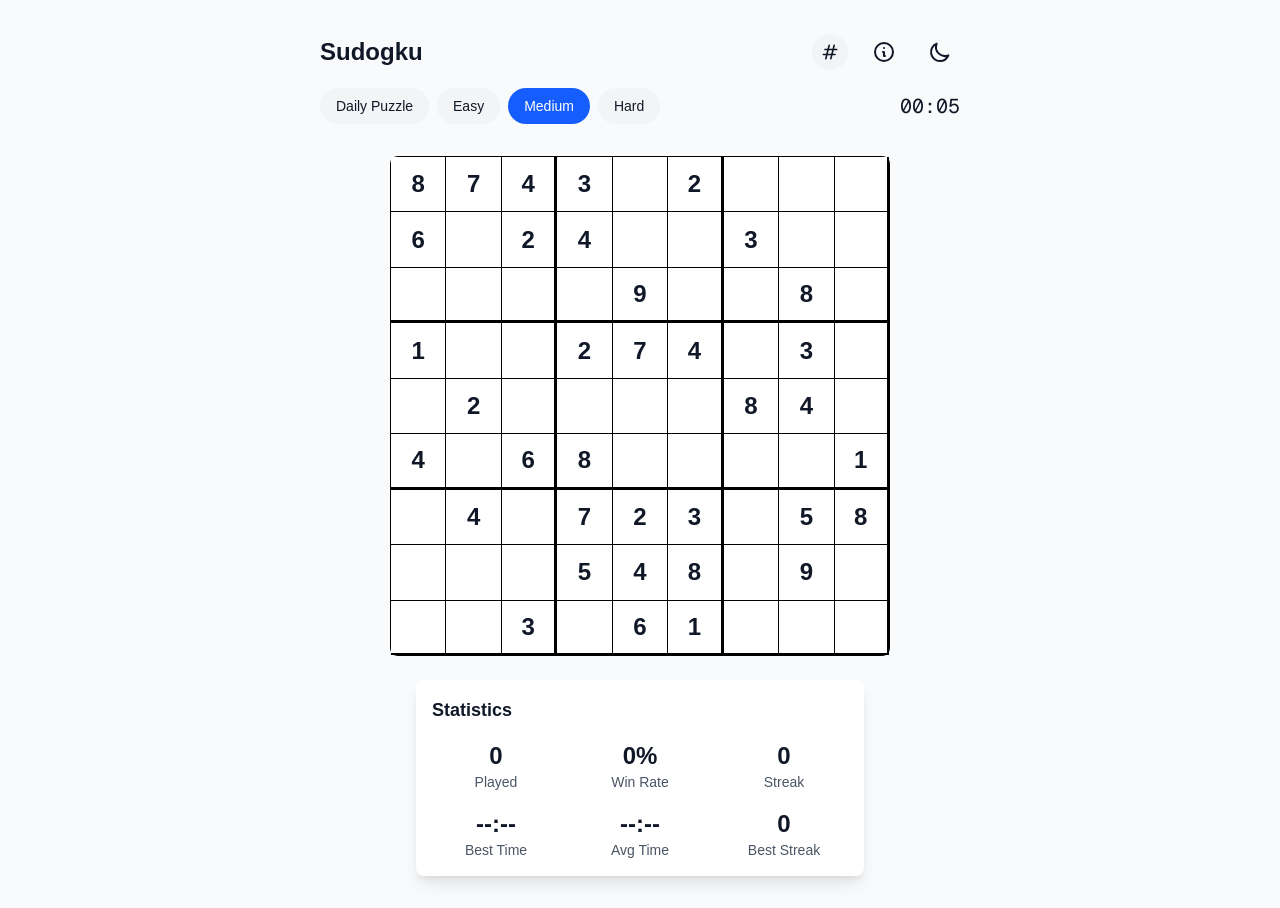
Repository: JavierSilvaF/sudogku
Page: / (app in sudogku-app/)
The author's editor kept a copy of each file at every save. The page is drawn from the files as they stood at one save, then again after the next save.
The browser window is 1280 px wide. The pictures show the whole page.
The project was rebuilt for these pictures with package versions that can differ from the ones it lists, and the page was loaded fresh each time. The framework's server and built-in components were replaced by stand-ins that run in the browser. Also part of the build but not shown: sudogku-app/next.config.mjs, sudogku-app/next.config.ts, sudogku-app/src/utils/dogImages.tsx.

Above is the page before, as saved 2025-04-06 03:14:10.

### sudogku-app/src/app/page.tsx
'use client'

import { ThemeProvider } from 'next-themes'
import { GameProvider } from '@/context/GameContext'
import Header from '@/components/Header'
import GameBoard from '@/components/GameBoard'
import NumberPad from '@/components/NumberPad'
import Victory from '@/components/Victory'
import Stats from '@/components/Stats'

export default function Home() {
  return (
    <ThemeProvider attribute='class'>
      <GameProvider>
        <div className='min-h-screen bg-gray-50 dark:bg-gray-900 text-gray-900 dark:text-gray-50'>
          <div className='max-w-2xl mx-auto px-4 py-8 pb-32 sm:pb-8'>
            <Header />
            <main className='flex flex-col items-center gap-6'>
              <GameBoard />
              <Stats />
            </main>
          </div>
          <NumberPad />
          <Victory />
        </div>
      </GameProvider>
    </ThemeProvider>
  )
}

### sudogku-app/src/components/GameBoard.tsx
import { useGame } from '@/context/GameContext'
import { motion } from 'framer-motion'
import { useState, useEffect } from 'react'
import { DogImage } from '@/utils/dogImages'

export default function GameBoard() {
  const {
    board,
    initialBoard,
    pencilMarks,
    setCellValue,
    togglePencilMark,
    selectedCell,
    setSelectedCell,
    solution,
    displayMode,
  } = useGame()
  const [isPencilMode, setIsPencilMode] = useState(false)
  const [errors, setErrors] = useState<Set<string>>(new Set())

  // Get related cells (same row, column, box, or same number)
  const getRelatedCells = (row: number, col: number): [number, number][] => {
    const related: [number, number][] = []
    const selectedValue = board[row][col]

    // Same row
    for (let c = 0; c < 9; c++) {
      if (c !== col) related.push([row, c])
    }

    // Same column
    for (let r = 0; r < 9; r++) {
      if (r !== row) related.push([r, col])
    }

    // Same 3x3 box
    const boxRow = Math.floor(row / 3) * 3
    const boxCol = Math.floor(col / 3) * 3
    for (let r = boxRow; r < boxRow + 3; r++) {
      for (let c = boxCol; c < boxCol + 3; c++) {
        if (r !== row || c !== col) related.push([r, c])
      }
    }

    // Same number
    if (selectedValue) {
      for (let r = 0; r < 9; r++) {
        for (let c = 0; c < 9; c++) {
          if ((r !== row || c !== col) && board[r][c] === selectedValue) {
            related.push([r, c])
          }
        }
      }
    }

    return related
  }

  // Check for errors in the current cell
  const checkCellError = (row: number, col: number): boolean => {
    if (!board[row][col]) return false
    return board[row][col] !== solution[row][col]
  }

  // Update errors when board changes
  useEffect(() => {
    const newErrors = new Set<string>()
    for (let row = 0; row < 9; row++) {
      for (let col = 0; col < 9; col++) {
        if (checkCellError(row, col)) {
          newErrors.add(`${row}-${col}`)
        }
      }
    }
    setErrors(newErrors)
  }, [board, solution])

  // Keyboard controls
  useEffect(() => {
    const handleKeyDown = (e: KeyboardEvent) => {
      if (!selectedCell) return

      const [row, col] = selectedCell

      if (e.key === 'p') {
        setIsPencilMode((prev) => !prev)
        return
      }

      if (e.key >= '1' && e.key <= '9') {
        const num = parseInt(e.key)
        if (isPencilMode) {
          togglePencilMark(row, col, num)
        } else {
          setCellValue(row, col, num)
        }
      }

      if (e.key === 'Delete' || e.key === 'Backspace') {
        setCellValue(row, col, null)
      }

      if (e.key.startsWith('Arrow')) {
        e.preventDefault()
        const newPosition = {
          ArrowUp: [Math.max(0, row - 1), col],
          ArrowDown: [Math.min(8, row + 1), col],
          ArrowLeft: [row, Math.max(0, col - 1)],
          ArrowRight: [row, Math.min(8, col + 1)],
        }[e.key] as [number, number]
        setSelectedCell(newPosition)
      }
    }

    window.addEventListener('keydown', handleKeyDown)
    return () => window.removeEventListener('keydown', handleKeyDown)
  }, [selectedCell, isPencilMode])

  const relatedCells = selectedCell ? getRelatedCells(...selectedCell) : []
  const relatedCellsSet = new Set(relatedCells.map(([r, c]) => `${r}-${c}`))

  const handleCellClick = (row: number, col: number) => {
    setSelectedCell([row, col])
  }

  return (
    <div className='w-full max-w-[500px] mx-auto'>
      <div className='grid grid-cols-9 gap-[1px] bg-black dark:bg-black p-[1px] rounded-lg'>
        {board.map((row, rowIndex) =>
          row.map((cell, colIndex) => {
            const isSelected =
              selectedCell?.[0] === rowIndex && selectedCell?.[1] === colIndex
            const isRelated =
              selectedCell &&
              (selectedCell[0] === rowIndex ||
                selectedCell[1] === colIndex ||
                (Math.floor(selectedCell[0] / 3) === Math.floor(rowIndex / 3) &&
                  Math.floor(selectedCell[1] / 3) === Math.floor(colIndex / 3)))
            const cellPencilMarks = pencilMarks.get(`${rowIndex}-${colIndex}`)
            const hasPencilMarks = cellPencilMarks && cellPencilMarks.size > 0
            const hasError = errors.has(`${rowIndex}-${colIndex}`)

            return (
              <motion.button
                key={`${rowIndex}-${colIndex}`}
                className={`
                  aspect-square w-full flex items-center justify-center text-2xl font-bold
                  ${
                    isSelected
                      ? 'bg-gray-300 dark:bg-gray-500 border-2 border-blue-500'
                      : ''
                  }
                  ${
                    isRelated && !isSelected
                      ? 'bg-blue-100 dark:bg-blue-900'
                      : ''
                  }
                  ${
                    !isSelected && !isRelated ? 'bg-white dark:bg-gray-800' : ''
                  }
                  ${
                    colIndex % 3 === 2
                      ? 'border-r-2 border-black dark:border-white'
                      : ''
                  }
                  ${
                    rowIndex % 3 === 2
                      ? 'border-b-2 border-black dark:border-white'
                      : ''
                  }
                  ${hasError ? 'text-red-500 dark:text-red-400' : ''}
                `}
                onClick={() => handleCellClick(rowIndex, colIndex)}
                whileTap={{ scale: 0.95 }}
              >
                {cell !== null ? (
                  displayMode === 'dogs' ? (
                    <div className='w-full h-full flex items-center justify-center'>
                      <DogImage number={cell} />
                    </div>
                  ) : (
                    <span>{cell}</span>
                  )
                ) : hasPencilMarks ? (
                  <div className='grid grid-cols-3 gap-0.5 w-full h-full text-xs'>
                    {[1, 2, 3, 4, 5, 6, 7, 8, 9].map((num) => (
                      <div
                        key={num}
                        className='flex items-center justify-center'
                      >
                        {cellPencilMarks?.has(num) && num}
                      </div>
                    ))}
                  </div>
                ) : null}
              </motion.button>
            )
          })
        )}
      </div>
    </div>
  )
}

### sudogku-app/src/components/NumberPad.tsx
import { motion } from 'framer-motion'
import { useGame } from '@/context/GameContext'
import { DogImage } from '@/utils/dogImages'

export default function NumberPad() {
  const {
    selectedCell,
    setCellValue,
    togglePencilMark,
    isPencilMode,
    displayMode,
  } = useGame()

  const handleNumberClick = (number: number) => {
    if (!selectedCell) return

    if (isPencilMode) {
      togglePencilMark(selectedCell[0], selectedCell[1], number)
    } else {
      setCellValue(selectedCell[0], selectedCell[1], number)
    }
  }

  const handleErase = () => {
    if (!selectedCell) return
    setCellValue(selectedCell[0], selectedCell[1], null)
  }

  return (
    <div className='fixed bottom-0 left-0 right-0 bg-white dark:bg-gray-800 p-4 shadow-lg sm:hidden'>
      <div className='max-w-md mx-auto'>
        <div className='grid grid-cols-5 gap-2 mb-4'>
          {[1, 2, 3, 4, 5, 6, 7, 8, 9].map((number) => (
            <motion.button
              key={number}
              className='aspect-square w-full flex items-center justify-center bg-gray-100 dark:bg-gray-700 rounded-lg'
              onClick={() => handleNumberClick(number)}
              whileTap={{ scale: 0.95 }}
            >
              {displayMode === 'dogs' ? (
                <div className='w-full h-full flex items-center justify-center'>
                  <DogImage number={number} />
                </div>
              ) : (
                <span className='text-xl font-bold'>{number}</span>
              )}
            </motion.button>
          ))}
        </div>

        <div className='flex justify-center gap-2'>
          <motion.button
            className={`px-4 py-2 rounded-lg flex items-center gap-2 ${
              isPencilMode
                ? 'bg-blue-600 text-white'
                : 'bg-gray-100 dark:bg-gray-700'
            }`}
            onClick={() => {}}
            whileTap={{ scale: 0.95 }}
          >
            <svg
              className='w-5 h-5'
              fill='none'
              stroke='currentColor'
              viewBox='0 0 24 24'
            >
              <path
                strokeLinecap='round'
                strokeLinejoin='round'
                strokeWidth={2}
                d='M15.232 5.232l3.536 3.536m-2.036-5.036a2.5 2.5 0 113.536 3.536L6.5 21.036H3v-3.572L16.732 3.732z'
              />
            </svg>
            Pencil
          </motion.button>
          <motion.button
            className='px-4 py-2 rounded-lg bg-red-500 text-white font-medium flex items-center gap-2'
            onClick={handleErase}
            whileTap={{ scale: 0.95 }}
          >
            <svg
              className='w-5 h-5'
              fill='none'
              stroke='currentColor'
              viewBox='0 0 24 24'
            >
              <path
                strokeLinecap='round'
                strokeLinejoin='round'
                strokeWidth={2}
                d='M19 7l-.867 12.142A2 2 0 0116.138 21H7.862a2 2 0 01-1.995-1.858L5 7m5 4v6m4-6v6m1-10V4a1 1 0 00-1-1h-4a1 1 0 00-1 1v3M4 7h16'
              />
            </svg>
            Erase
          </motion.button>
        </div>
      </div>
    </div>
  )
}

### sudogku-app/src/components/Victory.tsx
import { motion, AnimatePresence } from 'framer-motion'
import { useGame } from '@/context/GameContext'

export default function Victory() {
  const { isComplete, timer, isDailyPuzzle } = useGame()

  const formatTime = (seconds: number) => {
    const mins = Math.floor(seconds / 60)
    const secs = seconds % 60
    return `${mins}:${secs.toString().padStart(2, '0')}`
  }

  return (
    <AnimatePresence>
      {isComplete && (
        <motion.div
          initial={{ opacity: 0, scale: 0.8 }}
          animate={{ opacity: 1, scale: 1 }}
          exit={{ opacity: 0, scale: 0.8 }}
          className='fixed inset-0 flex items-center justify-center bg-black/50 z-50 p-4'
        >
          <motion.div
            initial={{ y: 20 }}
            animate={{ y: 0 }}
            className='bg-white dark:bg-gray-800 rounded-lg p-6 max-w-sm w-full shadow-xl'
          >
            <h2 className='text-2xl font-bold mb-4 text-center'>
              🎉 Puzzle Complete! 🎉
            </h2>
            <div className='space-y-4'>
              <p className='text-center'>
                Time: <span className='font-mono'>{formatTime(timer)}</span>
              </p>
              {isDailyPuzzle && (
                <div className='text-center text-sm'>
                  Come back tomorrow for a new daily puzzle!
                </div>
              )}
              <motion.button
                whileHover={{ scale: 1.05 }}
                whileTap={{ scale: 0.95 }}
                className='w-full py-2 px-4 bg-blue-600 text-white rounded-full font-medium'
                onClick={() => window.location.reload()}
              >
                Play Again
              </motion.button>
            </div>
          </motion.div>
        </motion.div>
      )}
    </AnimatePresence>
  )
}

### sudogku-app/src/components/Stats.tsx
import { useState, useEffect } from 'react'
import { motion } from 'framer-motion'

interface Statistics {
  gamesPlayed: number
  gamesWon: number
  currentStreak: number
  bestStreak: number
  averageTime: number
  bestTime: number
}

export default function Stats() {
  const [stats, setStats] = useState<Statistics>({
    gamesPlayed: 0,
    gamesWon: 0,
    currentStreak: 0,
    bestStreak: 0,
    averageTime: 0,
    bestTime: 0,
  })

  useEffect(() => {
    // Load stats from localStorage
    const savedStats = localStorage.getItem('sudogku-stats')
    if (savedStats) {
      setStats(JSON.parse(savedStats))
    }
  }, [])

  const formatTime = (seconds: number) => {
    if (seconds === 0) return '--:--'
    const mins = Math.floor(seconds / 60)
    const secs = seconds % 60
    return `${mins.toString().padStart(2, '0')}:${secs
      .toString()
      .padStart(2, '0')}`
  }

  return (
    <motion.div
      initial={{ opacity: 0 }}
      animate={{ opacity: 1 }}
      className='w-full max-w-md bg-white dark:bg-gray-800 rounded-lg p-4 shadow-lg'
    >
      <h2 className='text-lg font-bold mb-4'>Statistics</h2>
      <div className='grid grid-cols-2 sm:grid-cols-3 gap-4'>
        <div className='text-center'>
          <div className='text-2xl font-bold'>{stats.gamesPlayed}</div>
          <div className='text-sm text-gray-600 dark:text-gray-400'>Played</div>
        </div>
        <div className='text-center'>
          <div className='text-2xl font-bold'>
            {stats.gamesPlayed
              ? Math.round((stats.gamesWon / stats.gamesPlayed) * 100)
              : 0}
            %
          </div>
          <div className='text-sm text-gray-600 dark:text-gray-400'>
            Win Rate
          </div>
        </div>
        <div className='text-center'>
          <div className='text-2xl font-bold'>{stats.currentStreak}</div>
          <div className='text-sm text-gray-600 dark:text-gray-400'>Streak</div>
        </div>
        <div className='text-center'>
          <div className='text-2xl font-bold'>{formatTime(stats.bestTime)}</div>
          <div className='text-sm text-gray-600 dark:text-gray-400'>
            Best Time
          </div>
        </div>
        <div className='text-center'>
          <div className='text-2xl font-bold'>
            {formatTime(stats.averageTime)}
          </div>
          <div className='text-sm text-gray-600 dark:text-gray-400'>
            Avg Time
          </div>
        </div>
        <div className='text-center'>
          <div className='text-2xl font-bold'>{stats.bestStreak}</div>
          <div className='text-sm text-gray-600 dark:text-gray-400'>
            Best Streak
          </div>
        </div>
      </div>
    </motion.div>
  )
}

### sudogku-app/src/utils/sudoku.ts
export type Grid = (number | null)[][];

export class SudokuGenerator {
  private grid: Grid = Array(9).fill(null).map(() => Array(9).fill(null));

  private isValid(row: number, col: number, num: number): boolean {
    // Check row
    for (let x = 0; x < 9; x++) {
      if (this.grid[row][x] === num) return false;
    }

    // Check column
    for (let x = 0; x < 9; x++) {
      if (this.grid[x][col] === num) return false;
    }

    // Check 3x3 box
    const boxRow = Math.floor(row / 3) * 3;
    const boxCol = Math.floor(col / 3) * 3;
    for (let i = 0; i < 3; i++) {
      for (let j = 0; j < 3; j++) {
        if (this.grid[boxRow + i][boxCol + j] === num) return false;
      }
    }

    return true;
  }

  private fillDiagonal(): void {
    for (let i = 0; i < 9; i += 3) {
      this.fillBox(i, i);
    }
  }

  private fillBox(row: number, col: number): void {
    let num;
    for (let i = 0; i < 3; i++) {
      for (let j = 0; j < 3; j++) {
        do {
          num = Math.floor(Math.random() * 9) + 1;
        } while (!this.isValid(row + i, col + j, num));
        this.grid[row + i][col + j] = num;
      }
    }
  }

  private fillRemaining(row: number, col: number): boolean {
    if (col >= 9 && row < 8) {
      row++;
      col = 0;
    }
    if (row >= 9 && col >= 9) return true;
    if (row < 3) {
      if (col < 3) col = 3;
    } else if (row < 6) {
      if (col === Math.floor(row / 3) * 3) col += 3;
    } else {
      if (col === 6) {
        row++;
        col = 0;
        if (row >= 9) return true;
      }
    }

    for (let num = 1; num <= 9; num++) {
      if (this.isValid(row, col, num)) {
        this.grid[row][col] = num;
        if (this.fillRemaining(row, col + 1)) return true;
        this.grid[row][col] = null;
      }
    }
    return false;
  }

  private removeDigits(difficulty: 'easy' | 'medium' | 'hard'): void {
    const removeCount = {
      easy: 30,
      medium: 45,
      hard: 55
    }[difficulty];

    let count = removeCount;
    while (count > 0) {
      const row = Math.floor(Math.random() * 9);
      const col = Math.floor(Math.random() * 9);
      if (this.grid[row][col] !== null) {
        this.grid[row][col] = null;
        count--;
      }
    }
  }

  generate(difficulty: 'easy' | 'medium' | 'hard'): { puzzle: Grid, solution: Grid } {
    this.grid = Array(9).fill(null).map(() => Array(9).fill(null));
    this.fillDiagonal();
    this.fillRemaining(0, 3);
    const solution = this.grid.map(row => [...row]);
    this.removeDigits(difficulty);
    return {
      puzzle: this.grid.map(row => [...row]),
      solution
    };
  }
}

export class SudokuSolver {
  static isValidMove(grid: Grid, row: number, col: number, num: number): boolean {
    // Check row
    for (let x = 0; x < 9; x++) {
      if (grid[row][x] === num) return false;
    }

    // Check column
    for (let x = 0; x < 9; x++) {
      if (grid[x][col] === num) return false;
    }

    // Check 3x3 box
    const boxRow = Math.floor(row / 3) * 3;
    const boxCol = Math.floor(col / 3) * 3;
    for (let i = 0; i < 3; i++) {
      for (let j = 0; j < 3; j++) {
        if (grid[boxRow + i][boxCol + j] === num) return false;
      }
    }

    return true;
  }

  static isSolved(grid: Grid): boolean {
    for (let row = 0; row < 9; row++) {
      for (let col = 0; col < 9; col++) {
        if (grid[row][col] === null) return false;
      }
    }
    return true;
  }
}

### sudogku-app/src/utils/dailyPuzzle.ts
import { SudokuGenerator, Grid } from './sudoku';
import seedrandom from 'seedrandom';

export function getDailyPuzzleSeed() {
  const now = new Date();
  const year = now.getUTCFullYear();
  const month = now.getUTCMonth();
  const day = now.getUTCDate();
  return `${year}-${month}-${day}`;
}

export function generateDailyPuzzle(): { puzzle: Grid, solution: Grid } {
  const seed = getDailyPuzzleSeed();
  const generator = new SudokuGenerator();

  // Use the seed to generate a deterministic puzzle
  const seedNumber = Array.from(seed).reduce((acc, char) => acc + char.charCodeAt(0), 0);
  seedrandom(seedNumber.toString());

  return generator.generate('medium');
}

Loaded but not shown: sudogku-app/src/app/layout.tsx (common file); sudogku-app/src/app/globals.css (common file); sudogku-app/src/context/GameContext.tsx (317 lines, source omitted); sudogku-app/src/components/Header.tsx (185 lines, source omitted)

After the next save:
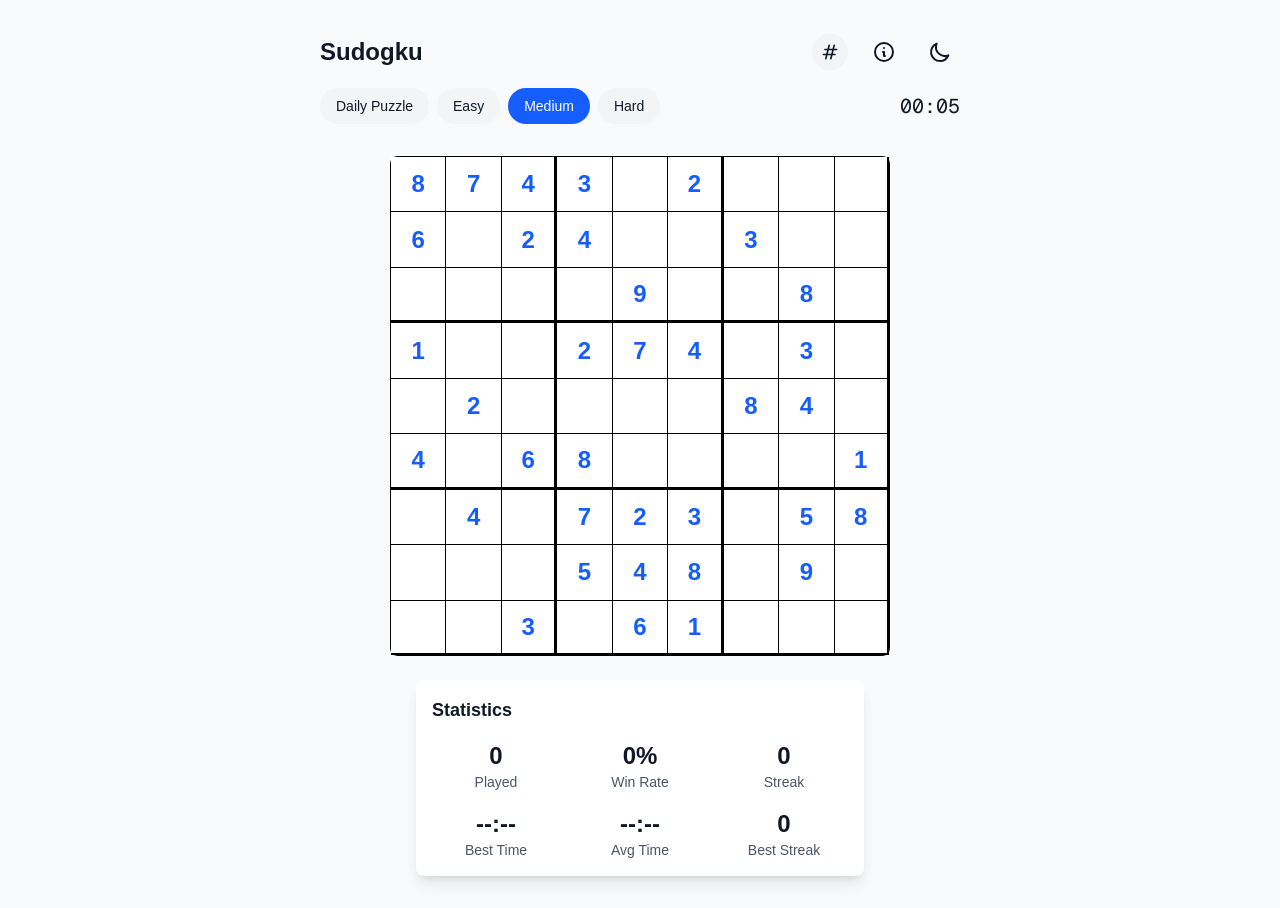
Saved 23 s later.
--- a/sudogku-app/src/components/GameBoard.tsx
+++ b/sudogku-app/src/components/GameBoard.tsx
@@ -139,6 +139,7 @@ export default function GameBoard() {
             const cellPencilMarks = pencilMarks.get(`${rowIndex}-${colIndex}`)
             const hasPencilMarks = cellPencilMarks && cellPencilMarks.size > 0
             const hasError = errors.has(`${rowIndex}-${colIndex}`)
+            const isInitial = initialBoard[rowIndex][colIndex] !== null
 
             return (
               <motion.button
@@ -174,13 +175,15 @@ export default function GameBoard() {
                 whileTap={{ scale: 0.95 }}
               >
                 {cell !== null ? (
-                  displayMode === 'dogs' ? (
-                    <div className='w-full h-full flex items-center justify-center'>
-                      <DogImage number={cell} />
-                    </div>
-                  ) : (
-                    <span>{cell}</span>
-                  )
+                  <div
+                    className={`w-full h-full flex items-center justify-center text-2xl font-bold ${
+                      isInitial
+                        ? 'text-blue-600 dark:text-blue-400'
+                        : 'text-gray-900 dark:text-white'
+                    }`}
+                  >
+                    {displayMode === 'dogs' ? <DogImage number={cell} /> : cell}
+                  </div>
                 ) : hasPencilMarks ? (
                   <div className='grid grid-cols-3 gap-0.5 w-full h-full text-xs'>
                     {[1, 2, 3, 4, 5, 6, 7, 8, 9].map((num) => (
